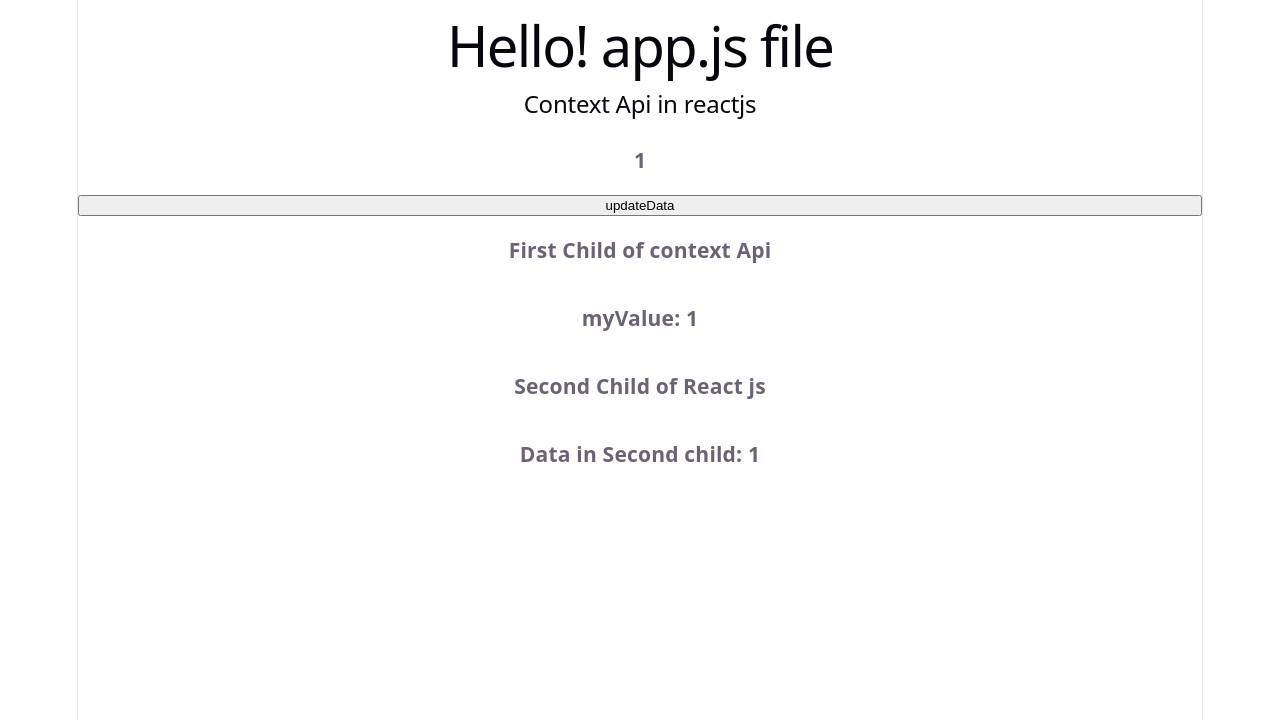
Repository: Gulzarokz/React_Course_Review
Page: / (app in vite-Project/)
The author's editor kept a copy of each file at every save. The page is drawn from the files as they stood at one save, then again after the next save.
The browser window is 1280 px wide. The pictures show the whole page.
The project was rebuilt for these pictures with package versions that can differ from the ones it lists, and the page was loaded fresh each time. Also part of the build but not shown: vite-Project/vite.config.js.

Above is the page before, as saved 2026-04-24 10:43:02.

### vite-Project/index.html
<!doctype html>
<html lang="en">
  <head>
    <meta charset="UTF-8" />
    <link rel="icon" type="image/svg+xml" href="/favicon.svg" />
    <meta name="viewport" content="width=device-width, initial-scale=1.0" />
    <title>vite-project</title>
  </head>
  <body>
    <div id="root"></div>
    <script type="module" src="/src/main.jsx"></script>
  </body>
</html>

### vite-Project/src/index.css
:root {
  --text: #6b6375;
  --text-h: #08060d;
  --bg: #fff;
  --border: #e5e4e7;
  --code-bg: #f4f3ec;
  --accent: #aa3bff;
  --accent-bg: rgba(170, 59, 255, 0.1);
  --accent-border: rgba(170, 59, 255, 0.5);
  --social-bg: rgba(244, 243, 236, 0.5);
  --shadow:
    rgba(0, 0, 0, 0.1) 0 10px 15px -3px, rgba(0, 0, 0, 0.05) 0 4px 6px -2px;

  --sans: system-ui, 'Segoe UI', Roboto, sans-serif;
  --heading: system-ui, 'Segoe UI', Roboto, sans-serif;
  --mono: ui-monospace, Consolas, monospace;

  font: 18px/145% var(--sans);
  letter-spacing: 0.18px;
  color-scheme: light dark;
  color: var(--text);
  background: var(--bg);
  font-synthesis: none;
  text-rendering: optimizeLegibility;
  -webkit-font-smoothing: antialiased;
  -moz-osx-font-smoothing: grayscale;

  @media (max-width: 1024px) {
    font-size: 16px;
  }
}

@media (prefers-color-scheme: dark) {
  :root {
    --text: #9ca3af;
    --text-h: #f3f4f6;
    --bg: #16171d;
    --border: #2e303a;
    --code-bg: #1f2028;
    --accent: #c084fc;
    --accent-bg: rgba(192, 132, 252, 0.15);
    --accent-border: rgba(192, 132, 252, 0.5);
    --social-bg: rgba(47, 48, 58, 0.5);
    --shadow:
      rgba(0, 0, 0, 0.4) 0 10px 15px -3px, rgba(0, 0, 0, 0.25) 0 4px 6px -2px;
  }

  #social .button-icon {
    filter: invert(1) brightness(2);
  }
}

body {
  margin: 0;
}

#root {
  width: 1126px;
  max-width: 100%;
  margin: 0 auto;
  text-align: center;
  border-inline: 1px solid var(--border);
  min-height: 100svh;
  display: flex;
  flex-direction: column;
  box-sizing: border-box;
}

h1,
h2 {
  font-family: var(--heading);
  font-weight: 500;
  color: var(--text-h);
}

h1 {
  font-size: 56px;
  letter-spacing: -1.68px;
  margin: 32px 0;
  @media (max-width: 1024px) {
    font-size: 36px;
    margin: 20px 0;
  }
}
h2 {
  font-size: 24px;
  line-height: 118%;
  letter-spacing: -0.24px;
  margin: 0 0 8px;
  @media (max-width: 1024px) {
    font-size: 20px;
  }
}
p {
  margin: 0;
}

code,
.counter {
  font-family: var(--mono);
  display: inline-flex;
  border-radius: 4px;
  color: var(--text-h);
}

code {
  font-size: 15px;
  line-height: 135%;
  padding: 4px 8px;
  background: var(--code-bg);
}

### vite-Project/src/App.jsx
import { useState } from 'react';
import ContextApiHook from './ContextApiHook';





function App() {
  // const [count, setCount] = useState(0)

  // function getData() {
  //   alert('Hello How are you!')
  // }
  return (
    <>
      <h1>Hello! app.js file</h1>
      <ContextApiHook />



    </>
  )
}
export default App

### vite-Project/src/ContextApiHook.jsx
import React, { createContext, useContext, useState } from 'react'
import FirstChild from './FirstChild'


//create, provide, use
export const myData = createContext();
const ContextApiHook = () => {
    const [data, setData] = useState(1);

    return (
        <myData.Provider value={{ data }}>
            <>
                <h2>Context Api in reactjs</h2>
                <h3>{data}</h3>
                <button onClick={() => setData(data + 1)}>updateData</button>
                <FirstChild />
            </>

        </myData.Provider>
    )
}

export default ContextApiHook

### vite-Project/src/FirstChild.jsx
import React, { useContext } from 'react'
import SecondChild from './SecondChild'
import { myData } from './ContextApiHook'
const FirstChild = () => {
    const { data } = useContext(myData)
    return (
        <>
            <h3>First Child of context Api</h3>
            <h3>myValue: {data}</h3>
            <SecondChild />
        </>
    )
}

export default FirstChild

### vite-Project/src/SecondChild.jsx
import React, { useContext } from 'react'
import { myData } from './ContextApiHook'

const SecondChild = () => {
    const { data } = useContext(myData);
    return (
        <>
            <h3>Second Child of React js</h3>
            <h3>Data in Second child: {data}</h3>
        </>
    )
}

export default SecondChild

### vite-Project/src/UseRefHook.jsx
import React from 'react'

const UseRefHook = () => {
    return (
        <>
            <h2>UseRef Hook in ReactJs</h2>
        </>
    )
}

export default UseRefHook

Loaded but not shown: vite-Project/src/main.jsx (common file)

After the next save:
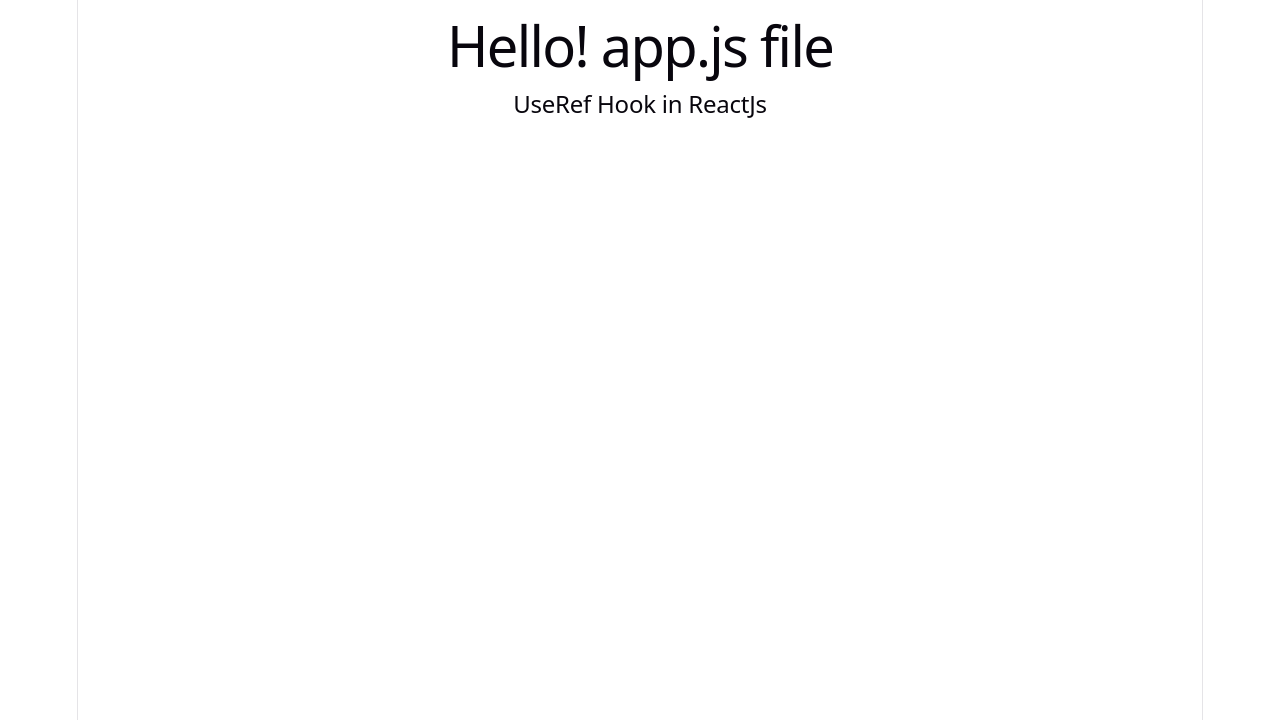
Saved 32 s later.
--- a/vite-Project/src/App.jsx
+++ b/vite-Project/src/App.jsx
@@ -1,5 +1,6 @@
 import { useState } from 'react';
-import ContextApiHook from './ContextApiHook';
+import UseRefHook from './UseRefHook';
+
 
 
 
@@ -14,7 +15,9 @@ function App() {
   return (
     <>
       <h1>Hello! app.js file</h1>
-      <ContextApiHook />
+
+      <UseRefHook />
+
 
 
 
